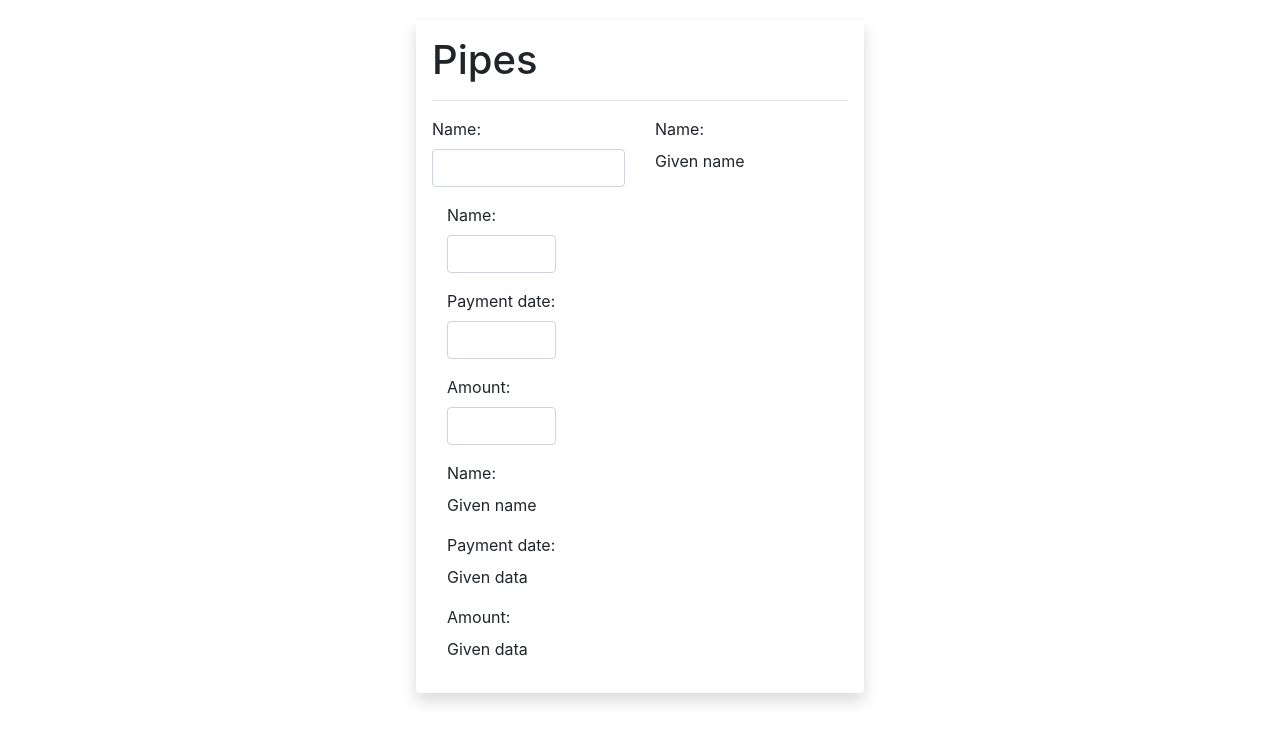
Repository: Evincars/udemy-angular
Page: / (app in pipes/)
The author's editor kept a copy of each file at every save. The page is drawn from the files as they stood at one save, then again after the next save.
The browser window is 1280 px wide. The pictures show the whole page.
The project was rebuilt for these pictures with package versions that can differ from the ones it lists, and the page was loaded fresh each time. Also part of the build but not shown: pipes/angular.json.

Above is the page before, as saved 2020-04-05 10:17:43.

### pipes/src/app/app.component.html
<div class="container shadow p-3 mb-5 bg-white rounded">
  <h1>Pipes</h1>
  <hr />
  <div class="row">
    <div class="col-md-6">
      <div class="form-group">
        <label>Name:</label>
        <input
          type="text"
          class="form-control"
          (input)="onNameChange($event.target.value)"
        />
      </div>
    </div>
    <div class="col-md-6">
      <label>Name:</label>
      <p>Given name</p>
    </div>
  </div>
  <div class="col-md-4">
    <!-- <form> -->
    <div class="form-group">
      <label>Name:</label>
      <input
        type="text"
        class="form-control"
        (input)="onNameChange($event.target.value)"
      />
    </div>
    <div class="form-group">
      <label>Payment date:</label>
      <input type="text" class="form-control" />
    </div>
    <div class="form-group">
      <label>Amount:</label>
      <input type="text" class="form-control" />
    </div>
    <!-- </form> -->
  </div>
  <div class="col-md-8">
    <label>Name:</label>
    <p>Given name</p>
    <label>Payment date:</label>
    <p>Given data</p>
    <label>Amount:</label>
    <p>Given data</p>
  </div>
</div>

### pipes/src/app/app.component.scss
.container {
  margin-top: 20px;
  width: 35%;
}

Loaded but not shown: pipes/src/index.html (common file); pipes/src/styles.scss (common file); pipes/src/main.ts (common file); pipes/src/app/app.module.ts (common file); pipes/src/environments/environment.ts (common file); pipes/src/app/app.component.ts (common file)

After the next save:
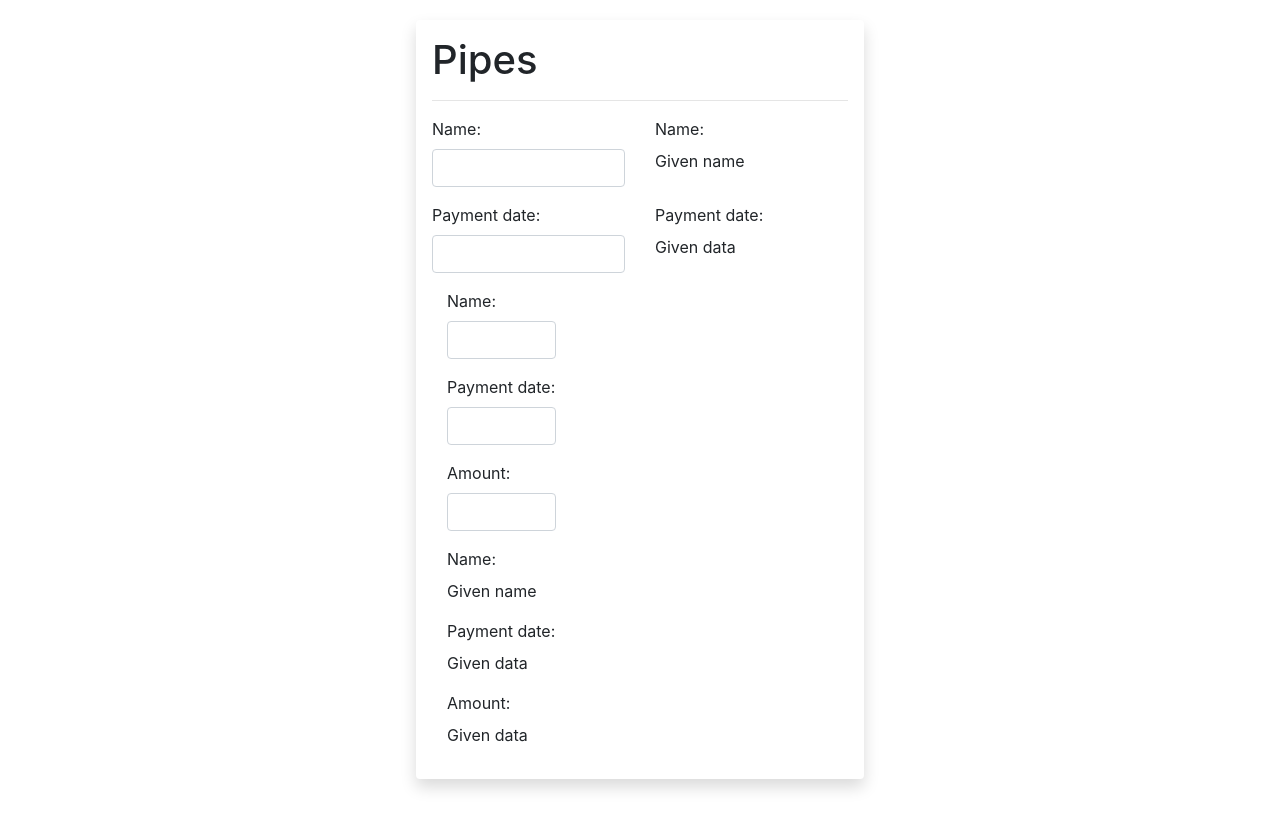
Saved 32 s later.
--- a/pipes/src/app/app.component.html
+++ b/pipes/src/app/app.component.html
@@ -15,6 +15,18 @@
     <div class="col-md-6">
       <label>Name:</label>
       <p>Given name</p>
+    </div>
+  </div>
+  <div class="row">
+    <div class="col-md-6">
+      <div class="form-group">
+        <label>Payment date:</label>
+        <input type="text" class="form-control" />
+      </div>
+    </div>
+    <div class="col-md-6">
+      <label>Payment date:</label>
+      <p>Given data</p>
     </div>
   </div>
   <div class="col-md-4">
